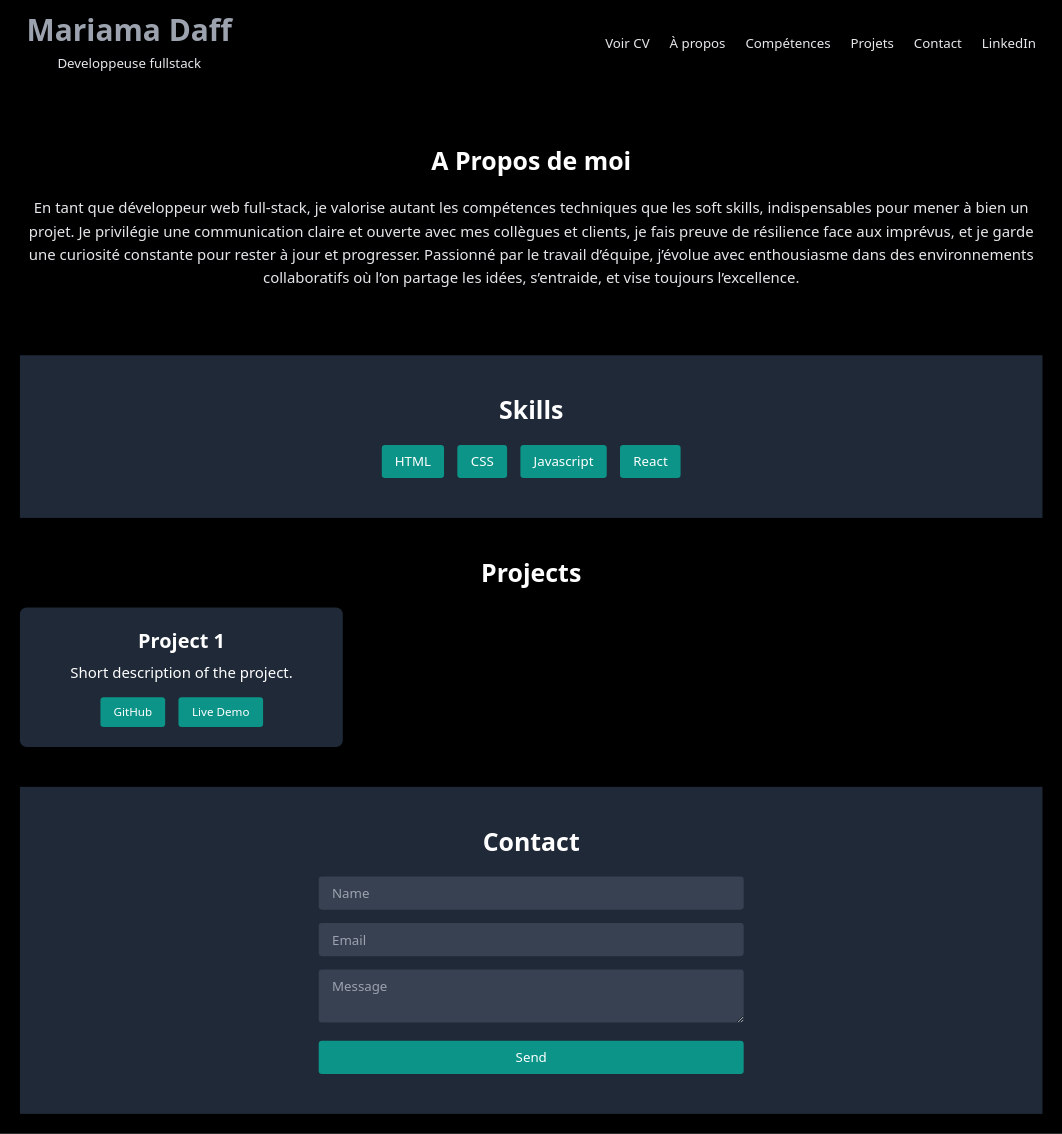
Repository: mariamdaff/Projets_Perso
Page: / (app in mon_portfolio/)
An editor plug-in stored every save of this project. The page is shown before and after the next save, followed by the edit.
The browser window is 1280 px wide. The pictures show the whole page, at 83% of full size.
The project was rebuilt for these pictures with package versions that can differ from the ones it lists, and the page was loaded fresh each time. Also part of the build but not shown: mon_portfolio/vite.config.js.

Above is the page before, as saved 2025-04-20 15:31:29.

After the next save:
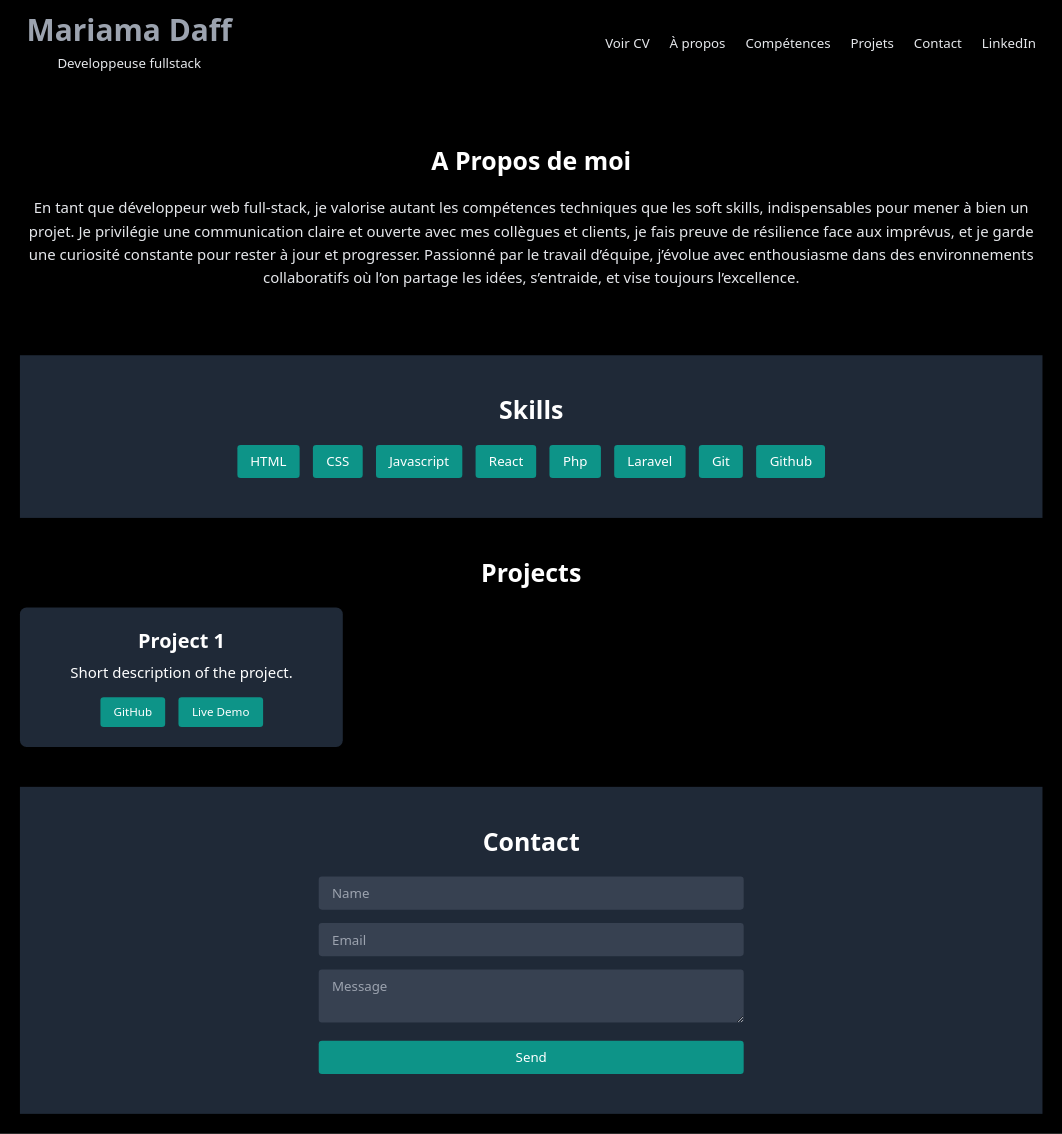
Saved 6 min 37 s later.
--- a/mon_portfolio/src/components/skills/Skills.jsx
+++ b/mon_portfolio/src/components/skills/Skills.jsx
@@ -8,6 +8,10 @@
         <button className="bg-teal-600 px-4 py-2 rounded">CSS</button>
         <button className="bg-teal-600 px-4 py-2 rounded">Javascript</button>
         <button className="bg-teal-600 px-4 py-2 rounded">React</button>
+        <button className="bg-teal-600 px-4 py-2 rounded">Php</button>
+        <button className="bg-teal-600 px-4 py-2 rounded">Laravel</button>
+        <button className="bg-teal-600 px-4 py-2 rounded">Git</button>
+        <button className="bg-teal-600 px-4 py-2 rounded">Github</button>
         </div>
         </section>
     );
